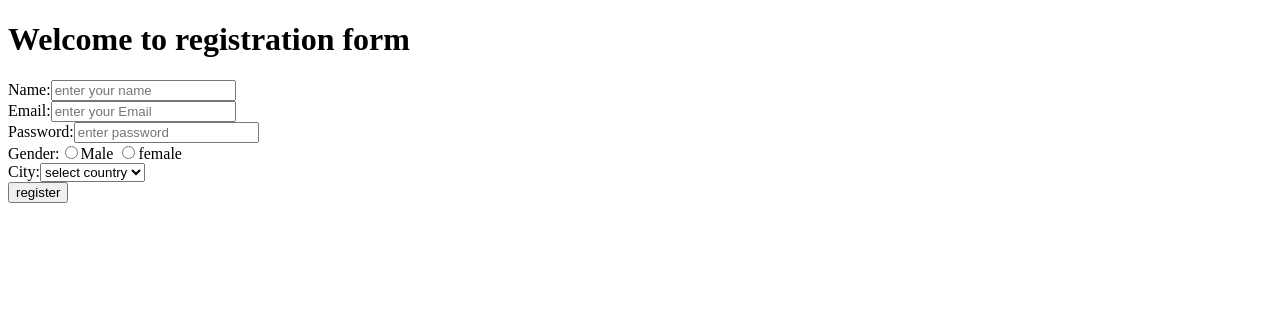
Repository: diksha847/ServletProjectsAllInOne
Page: http://localhost/registerationform/register.jsp
An editor plug-in stored every save of this project. The page is shown before and after the next save, followed by the edit.
The browser window is 1280 px wide. The pictures show the whole page.
The page is served by Tomcat 9.

Above is the page before, as saved 2024-11-15 15:47:17.

After the next save:
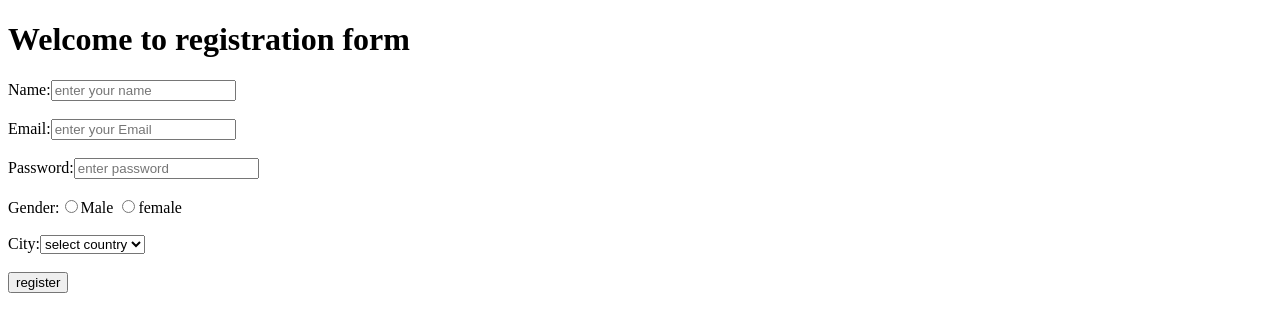
Saved 40 s later.
--- a/registerationform/src/main/webapp/register.jsp
+++ b/registerationform/src/main/webapp/register.jsp
@@ -10,11 +10,12 @@
 
 <h1>Welcome to registration form</h1>
 <form action="registration" method="post">
-Name:<input type="text" name="name1" placeholder="enter your name"/><br>
-Email:<input type="text" name="email1" placeholder="enter your Email"/><br>
-Password:<input type="password" name="pwd1" placeholder="enter password"/><br>
+Name:<input type="text" name="name1" placeholder="enter your name"/><br><br>
+Email:<input type="text" name="email1" placeholder="enter your Email"/><br><br>
+Password:<input type="password" name="pwd1" placeholder="enter password"/><br><br>
 Gender:<input type="radio" name="gender1" value="male">Male
 <input type="radio" name="gender1" value="female">female
+<br>
 <br>
 City:<select name="city1">
 <option>select country</option>
@@ -26,6 +27,7 @@ City:<select name="city1">
 
 </select>
 <br>
+<br>
 <input type="submit" value="register"></input>
 
 </form>
